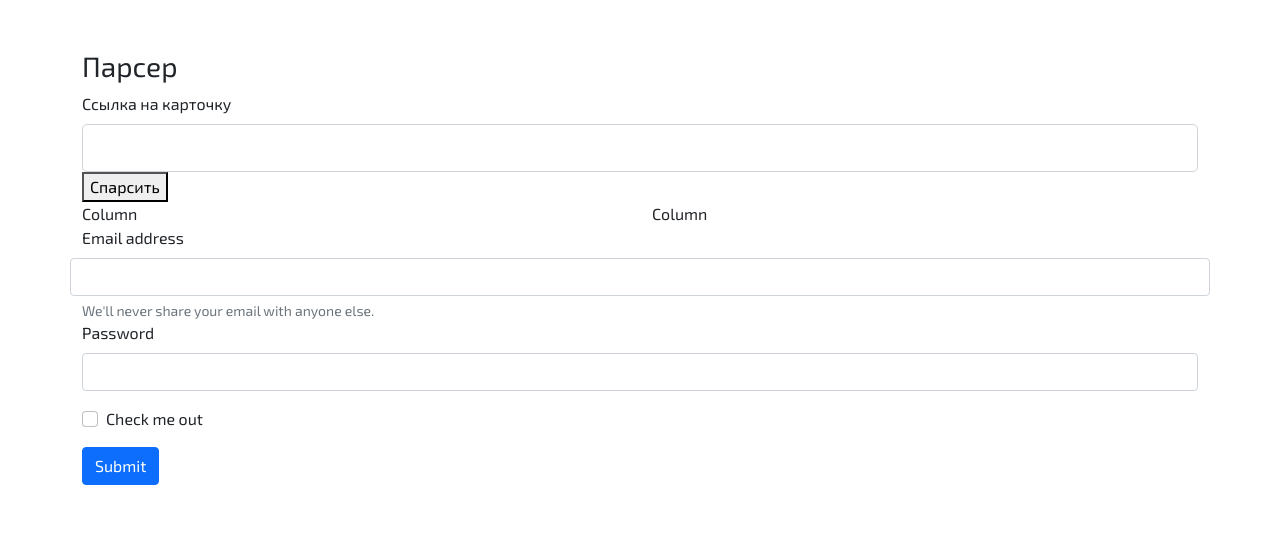
Repository: yozuul/wildberries-product-card-parser-api-exchange
Page: public/index.html
The author's editor kept a copy of each file at every save. The page is drawn from the files as they stood at one save, then again after the next save.
The browser window is 1280 px wide. The pictures show the whole page.

Above is the page before, as saved 2021-08-18 18:55:50.

### public/index.html
<!DOCTYPE html>
<html lang="en">

<head>
   <meta charset="UTF-8">
   <meta http-equiv="X-UA-Compatible" content="IE=edge">
   <meta name="viewport" content="width=device-width, initial-scale=1.0">
   <title>Document</title>
   <link href="https://cdn.jsdelivr.net/npm/bootstrap@5.1.0/dist/css/bootstrap.min.css" rel="stylesheet" integrity="sha384-KyZXEAg3QhqLMpG8r+8fhAXLRk2vvoC2f3B09zVXn8CA5QIVfZOJ3BCsw2P0p/We" crossorigin="anonymous">
   <link rel="stylesheet" href="style.css">

</head>

<body>
   <div class="container">
      <div class="row parser_form_wrapper">
         <div class="col bd-example">
            <h3>Парсер</h3>
            <form name="parseForm">
               <label for="exampleFormControlInput1" class="form-label">Ссылка на карточку</label>
               <input class="form-control form-control-lg" type="text" id="cardURL">
               <button id="parseData">Спарсить</button>
            </form>
         </div>
      </div>
      <div class="row">
        <div class="col">
          Column
        </div>
        <div class="col">
          Column
        </div>
      </div>
    </div>

    <form class="container">
       <div class="row">
         <label for="exampleInputEmail1" class="form-label">Email address</label>
         <input type="email" class="form-control" id="exampleInputEmail1" aria-describedby="emailHelp">
         <div id="emailHelp" class="form-text">We'll never share your email with anyone else.</div>
       </div>
       <div class="mb-3">
         <label for="exampleInputPassword1" class="form-label">Password</label>
         <input type="password" class="form-control" id="exampleInputPassword1">
       </div>
       <div class="mb-3 form-check">
         <input type="checkbox" class="form-check-input" id="exampleCheck1">
         <label class="form-check-label" for="exampleCheck1">Check me out</label>
       </div>
       <button type="submit" class="btn btn-primary">Submit</button>

       </div>
      <div class="mb-3">
    </form>

   <!-- <form class="productFormWrapper">
      <div class="productFormWrapperLeft productForm">
            <h3>Данные о товаре</h3>
            <div class="inputWrapper">
               <p>Название товара</p>
               <input type="text" name="productName" id="productName">
            </div>
            <div class="inputWrapper">
               <p>Описание товара</p>
               <textarea name="productDesc" id="productDesc"></textarea>
            </div>
            <div class="inputWrapper">
               <p>Бренд</p>
               <input type="text" name="productBrand" id="productBrand">
            </div>
            <div class="inputWrapper">
               <p>Цена</p>
               <input type="text" name="productPrice" id="productPrice">
            </div>
            <div class="inputWrapper">
               <p>Изображения</p>
            </div>
      </div>
      <div class="productFormWrapperRight productForm">
         <h3>Описание и характеристики</h3>
      </div>
   </form> -->
   <script src="index.js"></script>
</body>

</html>

### public/style.css
@import url('https://fonts.googleapis.com/css2?family=Exo+2&display=swap');

* {
   font-family: 'Exo 2', sans-serif;
}

body {
   padding: 0;
   margin: 0;
}

.parser_form_wrapper {
   margin-top: 50px;
}
/* .productFormWrapper, .parseFormWrapper {
   max-width: 1200px;
   margin: auto;
   padding-top: 25px;
   padding-bottom: 25px;
}
.parseFormWrapper {
   border-bottom: 1px dotted #9999;
}
.productFormWrapper {
   display: flex;
}
.productFormWrapperLeft {
   margin-right: 50px;
}
.parseForm {
   display: flex;
   flex-wrap: wrap;
   max-width: 550px;
}
.parseForm input {
   width: 550px;
   margin-bottom: 20px;
}
.productForm {
}
.productForm input, .productForm textarea {
   width: 550px;
}
.productForm textarea {
   height: 100px;
   resize: none;
}
.parseFormWrapper p, .productFormWrapper p {
   margin-bottom: 8px;
   margin-top: 0;
}
.inputWrapper {
   margin-bottom: 15px;
} */

Loaded but not shown: index.js (no copy from this time; the picture is the same without it)

After the next save:
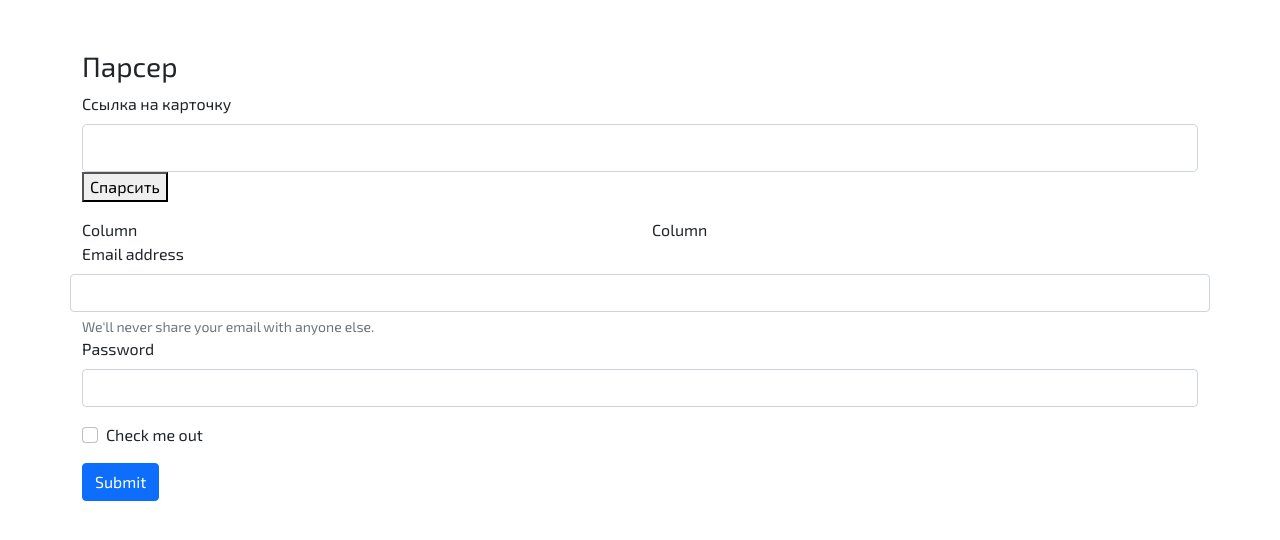
Saved 28 s later.
--- a/public/index.html
+++ b/public/index.html
@@ -14,7 +14,7 @@
 <body>
    <div class="container">
       <div class="row parser_form_wrapper">
-         <div class="col bd-example">
+         <div class="col mb-3">
             <h3>Парсер</h3>
             <form name="parseForm">
                <label for="exampleFormControlInput1" class="form-label">Ссылка на карточку</label>

After the 2 saves that followed:
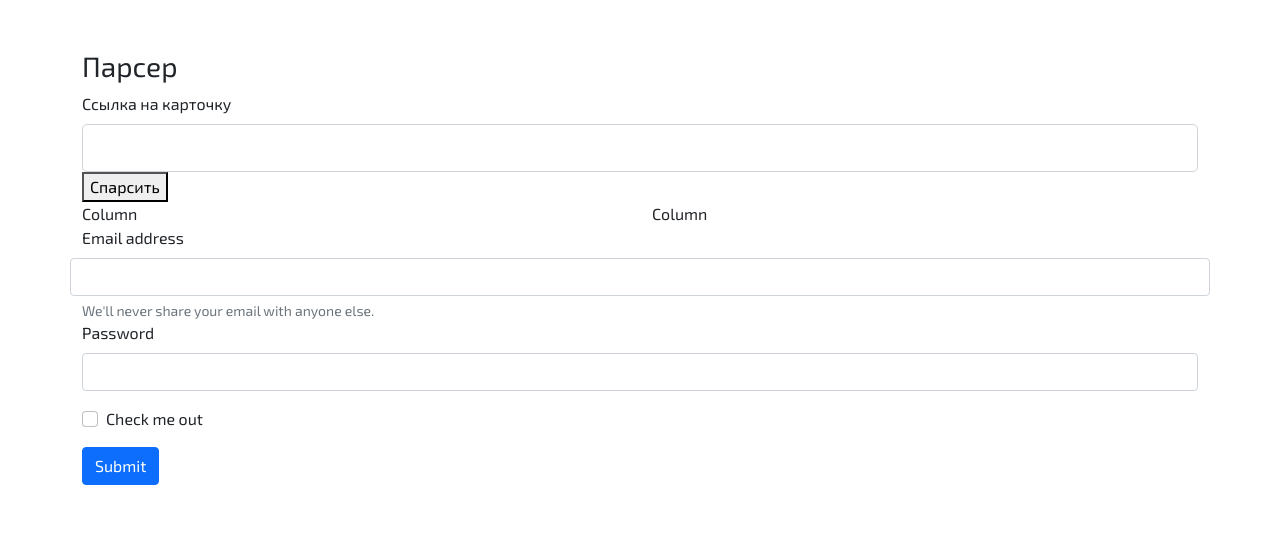
The 2 saves are shown as one change because 1 left the picture as it was.
The last was saved 19 s later.
--- a/public/index.html
+++ b/public/index.html
@@ -14,7 +14,7 @@
 <body>
    <div class="container">
       <div class="row parser_form_wrapper">
-         <div class="col mb-3">
+         <div class="xl-6">
             <h3>Парсер</h3>
             <form name="parseForm">
                <label for="exampleFormControlInput1" class="form-label">Ссылка на карточку</label>
